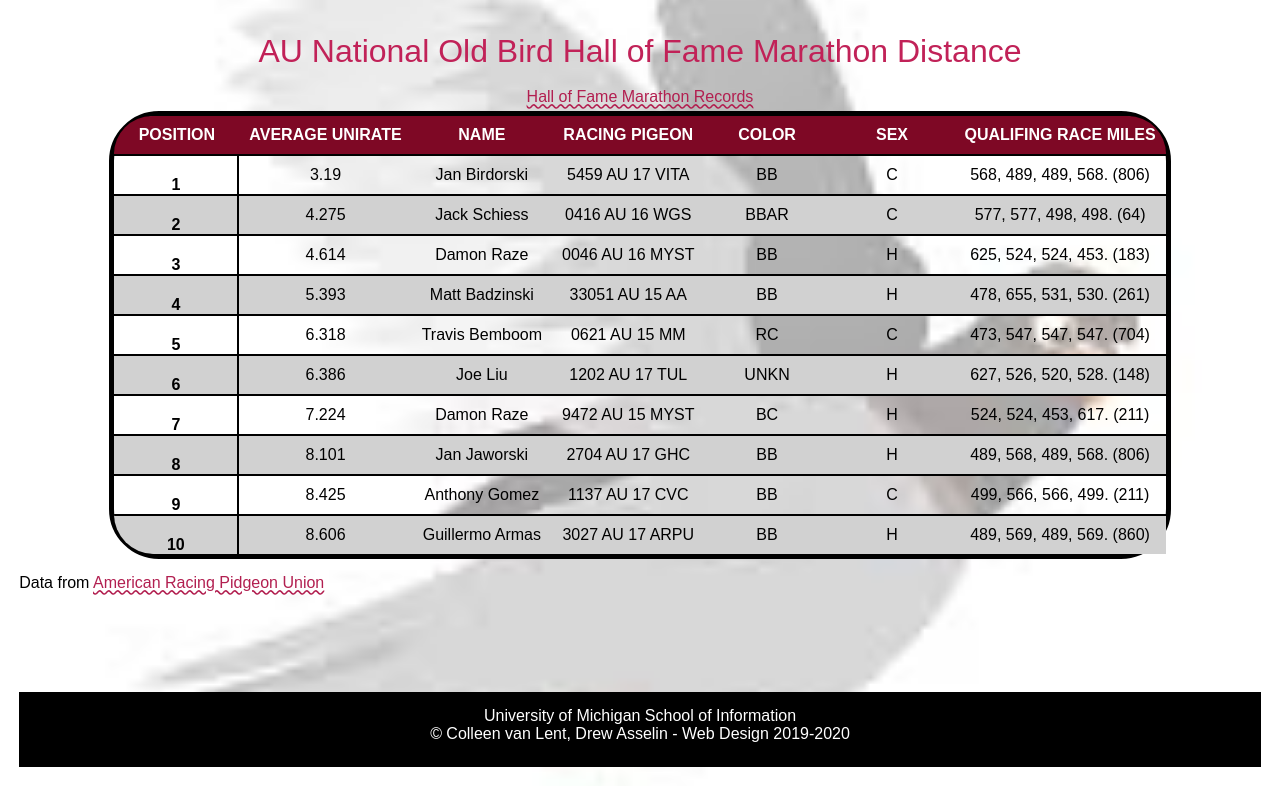
Repository: jiaqili0803/SI_539
Page: hw4-2021-main/hw4-2021-main/index.html
An editor plug-in stored every save of this project. The page is shown before and after the next save, followed by the edit.
The browser window is 1280 px wide. The pictures show the whole page.
Some web fonts or font styles are not loaded; a fallback is used.

Above is the page before, as saved 2021-10-02 18:38:08.

### hw4-2021-main/hw4-2021-main/index.html
<!DOCTYPE html>
<html lang="en">
  <head>
    <meta charset="UTF-8">
    <link rel="shortcut icon" type="image/png" href="images/pigeon-icon.png"/>
    <link rel="stylesheet", type="text/css" href="css/html5reset.css">
    <link rel="stylesheet", type="text/css" href="css/style.css">
    <link href='https://fonts.googleapis.com/css?family=Andika' rel='stylesheet'>

    <!-- Image by <a href="https://pixabay.com/users/chiplanay-1971251/?utm_source=link-attribution&amp;utm_medium=referral&amp;utm_campaign=image&amp;utm_content=3303111">chiplanay</a> from <a href="https://pixabay.com/?utm_source=link-attribution&amp;utm_medium=referral&amp;utm_campaign=image&amp;utm_content=3303111">Pixabay</a> -->
    <title>2021 AU National Old Bird Hall of Fame Marathon Distance</title>
  </head>
  <!-- ***************************************
  * Tips!
  *
  * Remember there are two parts of a table - thead and tbody!
  *        This will be helpful to remember when making rounded corners.
  *
  * Classes that are in-line are helpful for formatting the parts you want.
  *        But what if you want to format something programmatically? Remember Psuedoclasses!
  *
  * Setting background images in CSS can be alittle tricky. Double-check the formatting!
  *        It works a litle differently than adding images in HTML
  *
  * Remember you want the footer to always be at the very bottom of the page.
  *        Remember the different kinds of positining. You also might want to look at the margins for the main section!
  *
  * Using web fonts requires two parts - one goes in the HTML and one goes in the CSS
  *
  * You can do it! (*•̀ᴗ•́*)و
  ******************************************** -->
  <body>
    <h1>AU National Old Bird Hall of Fame Marathon Distance</h1>
    <main>
      <table>
        <caption><a href = "https://pigeon-ndb.com/results/">Hall of Fame Marathon Records</a></caption>
      <thead>
        <tr>
          <th scope="col" class="colhead">Position</th>
          <th scope="col" class="colhead">Average Unirate</th>
          <th scope="col" class="colhead">Name</th>
          <th scope="col" class="colhead">Racing Pigeon</th>
          <th scope="col" class="colhead">Color</th>
          <th scope="col" class="colhead">Sex</th>
          <th scope="col" class="colhead">Qualifing Race Miles</th>
        </tr>
      </thead>
      <tbody>
       <tr>
         <th scope="row" class="rowhead">1</th>
         <td>3.19</td>
         <td>Jan Birdorski</td>
         <td>5459 AU 17 VITA</td>
         <td>BB</td>
         <td>C</td>
         <td>568, 489, 489, 568. (806)</td>
       </tr>
       <tr>
         <th scope="row" class="rowhead">2</th>
         <td>4.275</td>
         <td>Jack Schiess</td>
         <td>0416 AU 16 WGS</td>
         <td>BBAR</td>
         <td>C</td>
         <td>577, 577, 498, 498. (64)</td>
       </tr>
       <tr>
         <th scope="row" class="rowhead">3</th>
         <td>4.614</td>
         <td>Damon Raze</td>
         <td>0046 AU 16 MYST</td>
         <td>BB</td>
         <td>H</td>
         <td>625, 524, 524, 453. (183)</td>
       </tr>
       <tr>
         <th scope="row" class="rowhead">4</th>
         <td>5.393</td>
         <td>Matt Badzinski</td>
         <td>33051 AU 15 AA</td>
         <td>BB</td>
         <td>H</td>
         <td>478, 655, 531, 530. (261)</td>
       </tr>
       <tr>
         <th scope="row" class="rowhead">5</th>
         <td>6.318</td>
         <td>Travis Bemboom</td>
         <td>0621 AU 15 MM</td>
         <td>RC</td>
         <td>C</td>
         <td>473, 547, 547, 547. (704)</td>
       </tr>
       <tr>
         <th scope="row" class="rowhead">6</th>
         <td>6.386</td>
         <td>Joe Liu</td>
         <td>1202 AU 17 TUL</td>
         <td>UNKN</td>
         <td>H</td>
         <td>627, 526, 520, 528. (148)</td>
       </tr>
       <tr>
         <th scope="row" class="rowhead">7</th>
         <td>7.224</td>
         <td>Damon Raze</td>
         <td>9472 AU 15 MYST</td>
         <td>BC</td>
         <td>H</td>
         <td>524, 524, 453, 617. (211)</td>
       </tr>
       <tr>
         <th scope="row" class="rowhead">8</th>
         <td>8.101</td>
         <td>Jan Jaworski</td>
         <td>2704 AU 17 GHC</td>
         <td>BB</td>
         <td>H</td>
         <td>489, 568, 489, 568. (806)</td>
       </tr>
       <tr>
         <th scope="row" class="rowhead">9</th>
         <td>8.425</td>
         <td>Anthony Gomez</td>
         <td>1137 AU 17 CVC</td>
         <td>BB</td>
         <td>C</td>
         <td>499, 566, 566, 499. (211)</td>
       </tr>
       <tr>
         <th scope="row" class="rowhead">10</th>
         <td>8.606</td>
         <td>Guillermo Armas</td>
         <td>3027 AU 17 ARPU</td>
         <td>BB</td>
         <td>H</td>
         <td>489, 569, 489, 569. (860)</td>
       </tr>
      </tbody>
    </table>
    <p class="datacite">Data from <a href="https://pigeon-ndb.com/results/hof">American Racing Pidgeon Union</a></p>
    </main>
    <footer>
      <p>University of Michigan School of Information <br/>
        &copy; Colleen van Lent, Drew Asselin - Web Design 2019-2020</p>
    </footer>
  </body>
</html>

### hw4-2021-main/hw4-2021-main/css/html5reset.css
/*
    HTML5 Reset :: style.css
    ----------------------------------------------------------
    We have learned much from/been inspired by/taken code where offered from:
    Eric Meyer                  :: http://meyerweb.com
    HTML5 Doctor                :: http://html5doctor.com
    and the HTML5 Boilerplate   :: http://html5boilerplate.com
-------------------------------------------------------------------------------*/

/* Let's default this puppy out
-------------------------------------------------------------------------------*/

html, body, body div, span, object, iframe, h1, h2, h3, h4, h5, h6, p, blockquote, pre, abbr, address, cite, code, del, dfn, em, img, ins, kbd, q, samp, small, strong, sub, sup, var, b, i, dl, dt, dd, ol, ul, li, fieldset, form, label, legend, table, caption, tbody, tfoot, thead, tr, th, td, article, aside, figure, footer, header, menu, nav, section, time, mark, audio, video, details, summary {
    margin: 0;
    padding: 0;
    border: 0;
    font-size: 100%;
    font-weight: normal;
    vertical-align: baseline;
    background: transparent;
}

main, article, aside, figure, footer, header, nav, section, details, summary {display: block;}

/* Handle box-sizing while better addressing child elements:
   http://css-tricks.com/inheriting-box-sizing-probably-slightly-better-best-practice/ */
html {
    box-sizing: border-box;
}

*,
*:before,
*:after {
    box-sizing: inherit;
}

/* consider resetting the default cursor: https://gist.github.com/murtaugh/5247154 */

/* Responsive images and other embedded objects */
/* if you don't have full control over `img` tags (if you have to overcome attributes), consider adding height: auto */
img,
object,
embed {max-width: 100%;}

/*
   Note: keeping IMG here will cause problems if you're using foreground images as sprites.
    In fact, it *will* cause problems with Google Maps' controls at small size.
    If this is the case for you, try uncommenting the following:
#map img {
        max-width: none;
}
*/

/* force a vertical scrollbar to prevent a jumpy page */
html {overflow-y: scroll;}

/* we use a lot of ULs that aren't bulleted.
    you'll have to restore the bullets within content,
    which is fine because they're probably customized anyway */
ul {list-style: none;}

blockquote, q {quotes: none;}

blockquote:before,
blockquote:after,
q:before,
q:after {content: ''; content: none;}

a {margin: 0; padding: 0; font-size: 100%; vertical-align: baseline; background: transparent;}

del {text-decoration: line-through;}

abbr[title], dfn[title] {border-bottom: 1px dotted #000; cursor: help;}

/* tables still need cellspacing="0" in the markup */
table {border-collapse: separate; border-spacing: 0;}
th {font-weight: bold; vertical-align: bottom;}
td {font-weight: normal; vertical-align: top;}

hr {display: block; height: 1px; border: 0; border-top: 1px solid #ccc; margin: 1em 0; padding: 0;}

input, select {vertical-align: middle;}

pre {
    white-space: pre; /* CSS2 */
    white-space: pre-wrap; /* CSS 2.1 */
    white-space: pre-line; /* CSS 3 (and 2.1 as well, actually) */
    word-wrap: break-word; /* IE */
}

input[type="radio"] {vertical-align: text-bottom;}
input[type="checkbox"] {vertical-align: bottom;}
.ie7 input[type="checkbox"] {vertical-align: baseline;}
.ie6 input {vertical-align: text-bottom;}

select, input, textarea {font: 99% sans-serif;}

table {font-size: inherit; font: 100%;}

small {font-size: 85%;}

strong {font-weight: bold;}

td, td img {vertical-align: top;}

/* Make sure sup and sub don't mess with your line-heights http://gist.github.com/413930 */
sub, sup {font-size: 75%; line-height: 0; position: relative;}
sup {top: -0.5em;}
sub {bottom: -0.25em;}

/* standardize any monospaced elements */
pre, code, kbd, samp {font-family: monospace, sans-serif;}

/* hand cursor on clickable elements */
.clickable,
label,
input[type=button],
input[type=submit],
input[type=file],
button {cursor: pointer;}

/* Webkit browsers add a 2px margin outside the chrome of form elements */
button, input, select, textarea {margin: 0;}

/* make buttons play nice in IE */
button,
input[type=button] {width: auto; overflow: visible;}

/* scale images in IE7 more attractively */
.ie7 img {-ms-interpolation-mode: bicubic;}

/* prevent BG image flicker upon hover
   (commented out as usage is rare, and the filter syntax messes with some pre-processors)
.ie6 html {filter: expression(document.execCommand("BackgroundImageCache", false, true));}
*/

/* let's clear some floats */
.clearfix:after { content: " "; display: block; clear: both; }

### hw4-2021-main/hw4-2021-main/css/style.css
/*STARTER CODE*/

/*
We have started some of the selectors for you.
For others we have provided hints on what the selectors should be.
There are some missing selectors.
Make sure to learn what the starter code does!!
*/

/*STARTER CODE - DO NOT CHANGE*/
main{
  margin-bottom: 100px;
}

caption{
  margin:5px 0px;
}

/* If you decide to uncomment this code, comment it back for the Autograder. */
/* tr{
  -webkit-transition: background-color 0.5s ease;
  transition: background-color 0.5s ease;
} */

/*END STARTER CODE*/

body{
  color: #000000;
  font-size: 16px;
  margin: 1.2em;
  background-size: cover ;
  background-position: center;
  font-family: "Andika", Sans-Serif;
  background-image: url("../images/pigeon-background.JPEG");
  background-color: #DDDDDD;

  /*Req 1*/
}

h1{
  color: #c12258;
  font-size: 32px;
  text-align:center;
  line-height: 2 ;

  /*Req 2*/
}

p{
  padding-top: 15px;

}

a{
  font-size: 16px;
  color: #B21F50;
  text-decoration-style: wavy;

}

/*Req 5*/
/*Add selector and rule here*/
*:focus {
  border-width: 3px;
  border-color: #417243;
  border-style: dashed;
}


td{
  text-align:center;
  border-top: 2px solid #000000;
  padding: 10px

}


.colhead{
  color: #FFFFFF;
  min-width: 125px;
  padding: 10px;
  text-align: center;
  vertical-align: middle;
  background-color: #7e0825;
  text-transform: uppercase;





}

.rowhead{
  border-top: 2px solid #000000;
  border-right: 2px solid #000000;


}


table{
  border: 5px solid #000000;
  margin-left: auto;
  margin-right: auto;
  border-radius: 50px;


}

/* I gave you the selector, but not the property-value pair.
You can use Inspect Element or your editor to find selectors. */
thead th:first-child{
  border-top-left-radius: 50px;
}

thead th:last-child{
  border-top-right-radius: 50px;
}

tbody tr:last-child th:first-child{
  border-bottom-left-radius: 50px;


}

tbody tr:nth-child(2n+1) {
  background-color:transparent;
}

tbody tr:nth-child(2n) {
  background-color:#D1D1D1;
}

tbody tr:hover {
  background-color: #7e0825;
  Opacity: 25%

}



/*Add selectors and rules here*/



footer{
  width:100%;
  background:#000000;
  text-align:center;
  color: #FFFFFF;
  min-height: 75px;
}

After the next save:
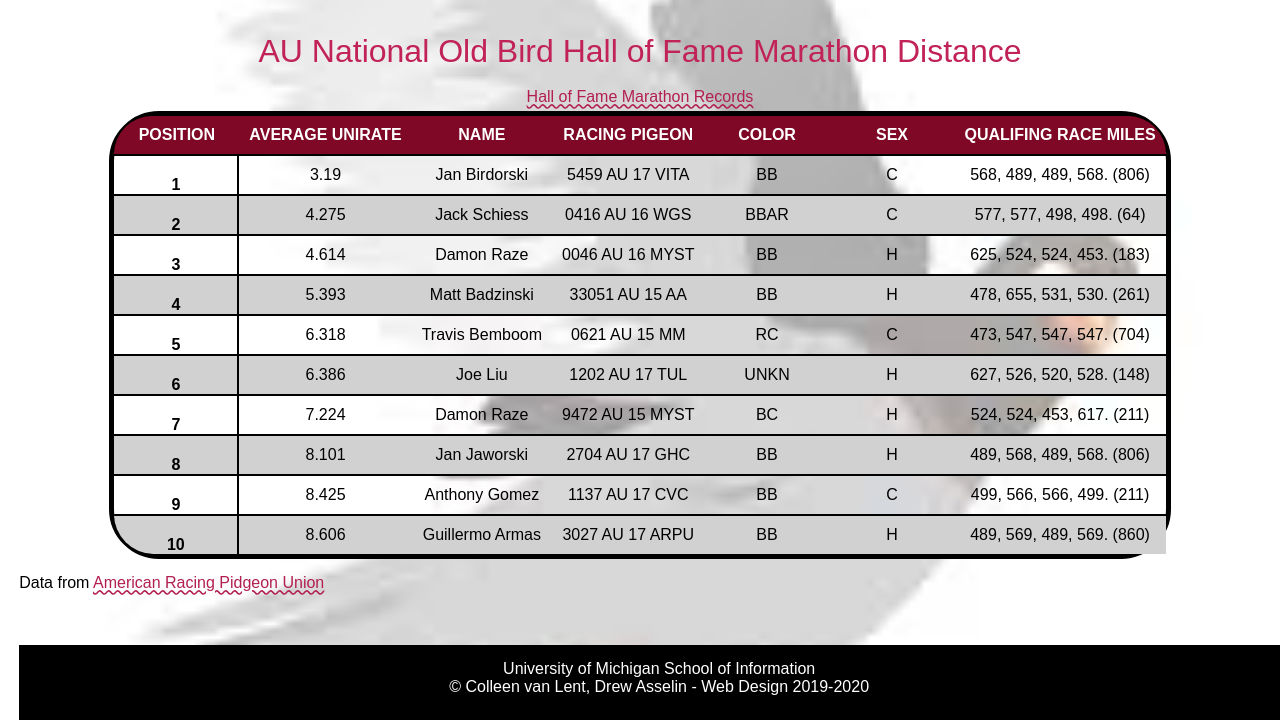
Saved 92 s later.
--- a/hw4-2021-main/hw4-2021-main/css/style.css
+++ b/hw4-2021-main/hw4-2021-main/css/style.css
@@ -149,4 +149,6 @@ footer{
   text-align:center;
   color: #FFFFFF;
   min-height: 75px;
+  position:fixed;
+  bottom:0;
 }
